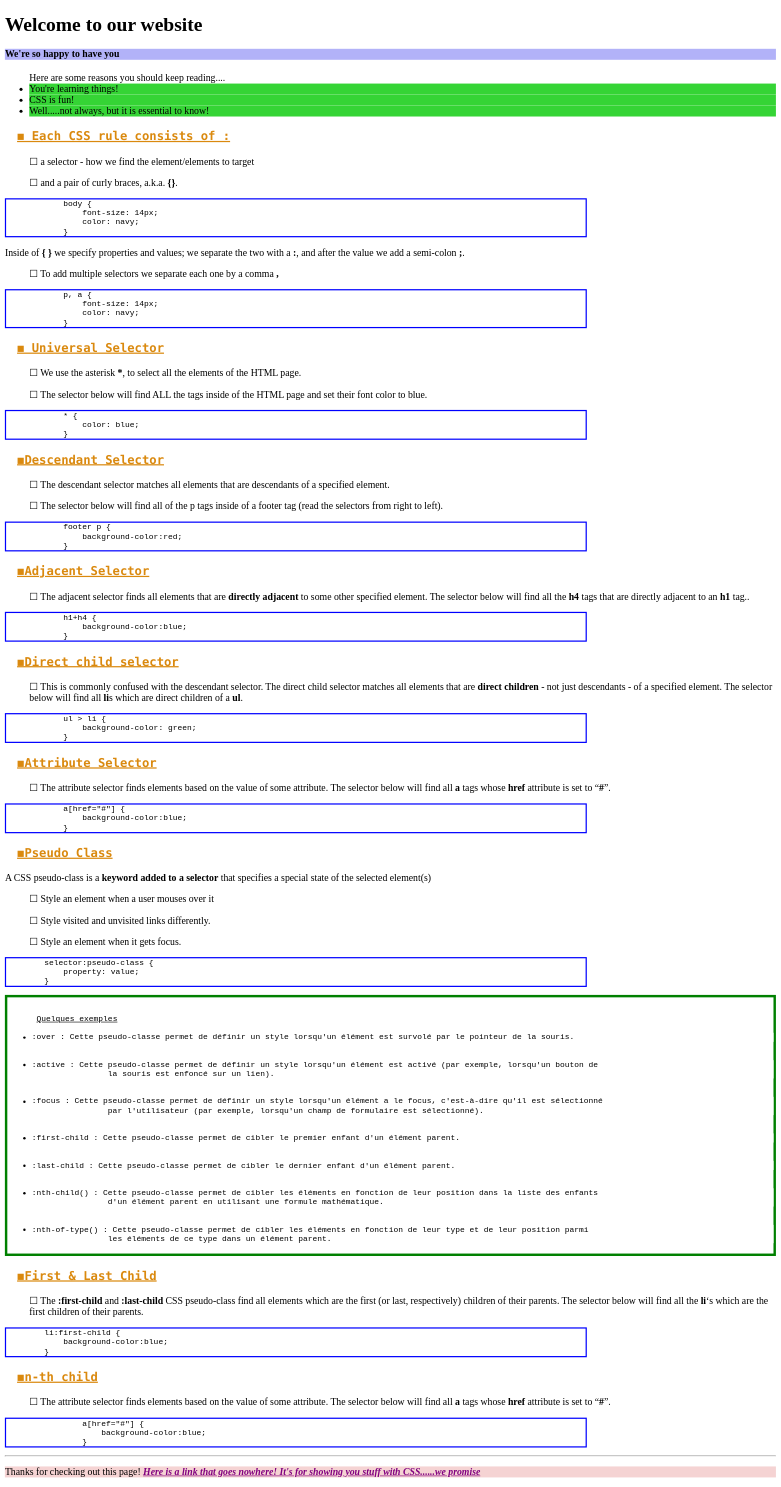
Repository: AnnaSpirit/Tests__
Page: CSS/Useful_Selectors.html
These files come from the project's save history. The page is drawn as it stood at one moment and after the next save; the edit follows.
The browser window is 1280 px wide. The pictures show the whole page, at 61% of full size.

Above is the page before, as saved 2024-04-01 18:18:25.

### CSS/Useful_Selectors.html
<!DOCTYPE html>
<html lang="en">
<head>
    <meta charset="UTF-8">
    <meta name="viewport" content="width=device-width, initial-scale=1.0">
    <title>Useful Selectors</title>
    <link rel="stylesheet" href="style_Selectors.css">
</head>
<body>
    <header>
        <h1>Welcome to our website</h1>
        <h4>We're so happy to have you</h4>
    </header>
    <section>
        <ul> Here are some reasons you should keep reading....
            <li>You're learning things!</li>
            <li>CSS is fun!</li>
            <li>Well.....not always, but it is essential to know!</li>
        </ul>
    </section>
    <section>
        <h3 style="padding-left: 20px;"> &#9724; Each CSS rule consists of :</h3>
            <p style="padding-left: 40px;"> &#9744; a selector - how we find the element/elements to target</p>
            <p style="padding-left: 40px;"> &#9744; and a pair of curly braces, a.k.a. <b>{}</b>.</p>
    <span >
        <pre style="border: 2px solid blue; margin-right: 310px">
            body {
                font-size: 14px;
                color: navy;
            }</pre></span>
    <p>Inside of <b>{ }</b> we specify properties and values; we separate the two with a <b>:</b>, and after the value we add a semi-colon <b>;</b>.</p>
            <p style="padding-left: 40px;"> &#9744; To add multiple selectors we separate each one by a comma <b>,</b></p>
    <span>
        <pre style="border: 2px solid blue; margin-right: 310px">
            p, a {
                font-size: 14px;
                color: navy;
            }</pre>
        </span>
        <h3 style="padding-left: 20px;"> &#9724; Universal Selector</h3>
        <p style="padding-left: 40px;">&#9744; We use the asterisk <b>*</b>, to select all the elements of the HTML page.</p>
        <p style="padding-left: 40px;">&#9744; The selector below will find ALL the tags inside of the HTML page and set their font color to blue.</p>
    <span>
        <pre style="border: 2px solid blue; margin-right: 310px">
            * {
                color: blue;
            }</pre>
    </span>
    <h3 style="padding-left: 20px;"> &#9724;Descendant Selector</h3>
    <p style="padding-left: 40px;">&#9744; The descendant selector matches all elements that are descendants of a specified element.</p>
    <p style="padding-left: 40px;">&#9744; The selector below will find all of the p tags inside of a footer tag (read the selectors from right to left).</p>
    <span>
        <pre style="border: 2px solid blue; margin-right: 310px">
            footer p {
                background-color:red;
            }</pre>
    </span>
    <h3 style="padding-left: 20px;"> &#9724;Adjacent Selector</h3>
    <p style="padding-left: 40px;">&#9744; The adjacent selector finds all elements that are <b>directly adjacent</b> to some other specified element. The selector below
    will find all the <b>h4</b> tags that are directly adjacent to an <b>h1</b> tag..</p>
    <span>
        <pre style="border: 2px solid blue; margin-right: 310px">
            h1+h4 {
                background-color:blue;
            }</pre>
    </span>
    <h3 style="padding-left: 20px;"> &#9724;Direct child selector</h3>
    <p style="padding-left: 40px;">&#9744; This is commonly confused with the descendant selector. The direct child selector matches all elements that are <b>direct
    children</b> - not just descendants - of a specified element. The selector below will find all <b>li</b>s which are direct children
    of a <b>ul</b>.</p>
    <span>
        <pre style="border: 2px solid blue; margin-right: 310px">
            ul > li {
                background-color: green;
            }</pre>
    </span>
    <h3 style="padding-left: 20px;"> &#9724;Attribute Selector</h3>
    <p style="padding-left: 40px;">&#9744; The attribute selector finds elements based on the value of some attribute. The selector below will find all <b>a</b> tags
    whose <b>href</b> attribute is set to “<b>#</b>”.</p>
    <span>
        <pre style="border: 2px solid blue; margin-right: 310px">
            a[href="#"] {
                background-color:blue;
            }</pre>
    </span>
    <h3 style="padding-left: 20px;"> &#9724;Pseudo Class</h3>
    <p>A CSS pseudo-class is a <b> keyword added to a selector</b> that specifies a special state of the selected element(s)</p>
    <p style="padding-left: 40px;">&#9744; Style an element when a user mouses over it</p>
    <p style="padding-left: 40px;">&#9744; Style visited and unvisited links differently.</p>
    <p style="padding-left: 40px;">&#9744; Style an element when it gets focus.</p>
    <span>
        <pre style="border: 2px solid blue; margin-right: 310px">
        selector:pseudo-class {
            property: value;
        }</pre>
    </span>
    <span>
        <pre style="border: 4px solid green; height: 420px";>
            <ul> <u>Quelques exemples</u>
                <li>:over : Cette pseudo-classe permet de définir un style lorsqu'un élément est survolé par le pointeur de la souris.</li>
                <li>:active : Cette pseudo-classe permet de définir un style lorsqu'un élément est activé (par exemple, lorsqu'un bouton de
                la souris est enfoncé sur un lien).</li>
                <li>:focus : Cette pseudo-classe permet de définir un style lorsqu'un élément a le focus, c'est-à-dire qu'il est sélectionné
                par l'utilisateur (par exemple, lorsqu'un champ de formulaire est sélectionné).</li>
                <li>:first-child : Cette pseudo-classe permet de cibler le premier enfant d'un élément parent.</li>
                <li>:last-child : Cette pseudo-classe permet de cibler le dernier enfant d'un élément parent.</li>
                <li>:nth-child() : Cette pseudo-classe permet de cibler les éléments en fonction de leur position dans la liste des enfants
                d'un élément parent en utilisant une formule mathématique.</li>
                <li>:nth-of-type() : Cette pseudo-classe permet de cibler les éléments en fonction de leur type et de leur position parmi
                les éléments de ce type dans un élément parent.</li>
            </ul>
        </pre>
    </span>

    <h3 style="padding-left: 20px;"> &#9724;First & Last Child</h3>
    <p style="padding-left: 40px;">&#9744; The <b>:first-child</b> and <b>:last-child</b> CSS pseudo-class find all elements which are the first (or last, respectively) children
    of their parents. The selector below will find all the <b>li</b>‘s which are the first children of their parents.</p>
    <span>
        <pre style="border: 2px solid blue; margin-right: 310px">
        li:first-child {
            background-color:blue;
        }</pre>
    </span>

    <h3 style="padding-left: 20px;"> &#9724;n-th child</h3>
    <p style="padding-left: 40px;">&#9744; The attribute selector finds elements based on the value of some attribute. The
        selector below will find all <b>a</b> tags
        whose <b>href</b> attribute is set to “<b>#</b>”.</p>
    <span>
        <pre style="border: 2px solid blue; margin-right: 310px">
                a[href="#"] {
                    background-color:blue;
                }</pre>
    </span>
    </section>
    <hr>
    <footer>

        <p>
            Thanks for checking out this page!
            <a href="#">Here is a link that goes nowhere! It's for showing you stuff with CSS......we promise</a>
        </p>
    </footer>
</body>
</html>

### CSS/style_Selectors.css
/* Universal Selector */
/* * {
    color: brown;
} */
ul>li {
    background-color: rgb(53, 212, 53);
}

h3{
    color: rgb(218, 137, 14);
    font-family: "Lucida Console", Monaco, monospace;
    font-size: 20px;
    color: #DA890E;
    text-decoration: underline rgb(218, 137, 14);
}
h1+h4 {
    background-color: rgb(178, 178, 248);
}
a[href="#"] {
    color: purple;
    font-weight: bold;
    font-style: italic;
}

footer p {
    background-color: rgb(245, 211, 211);
}
pre>ul>li {
    background-color: white;
}

After the next save:
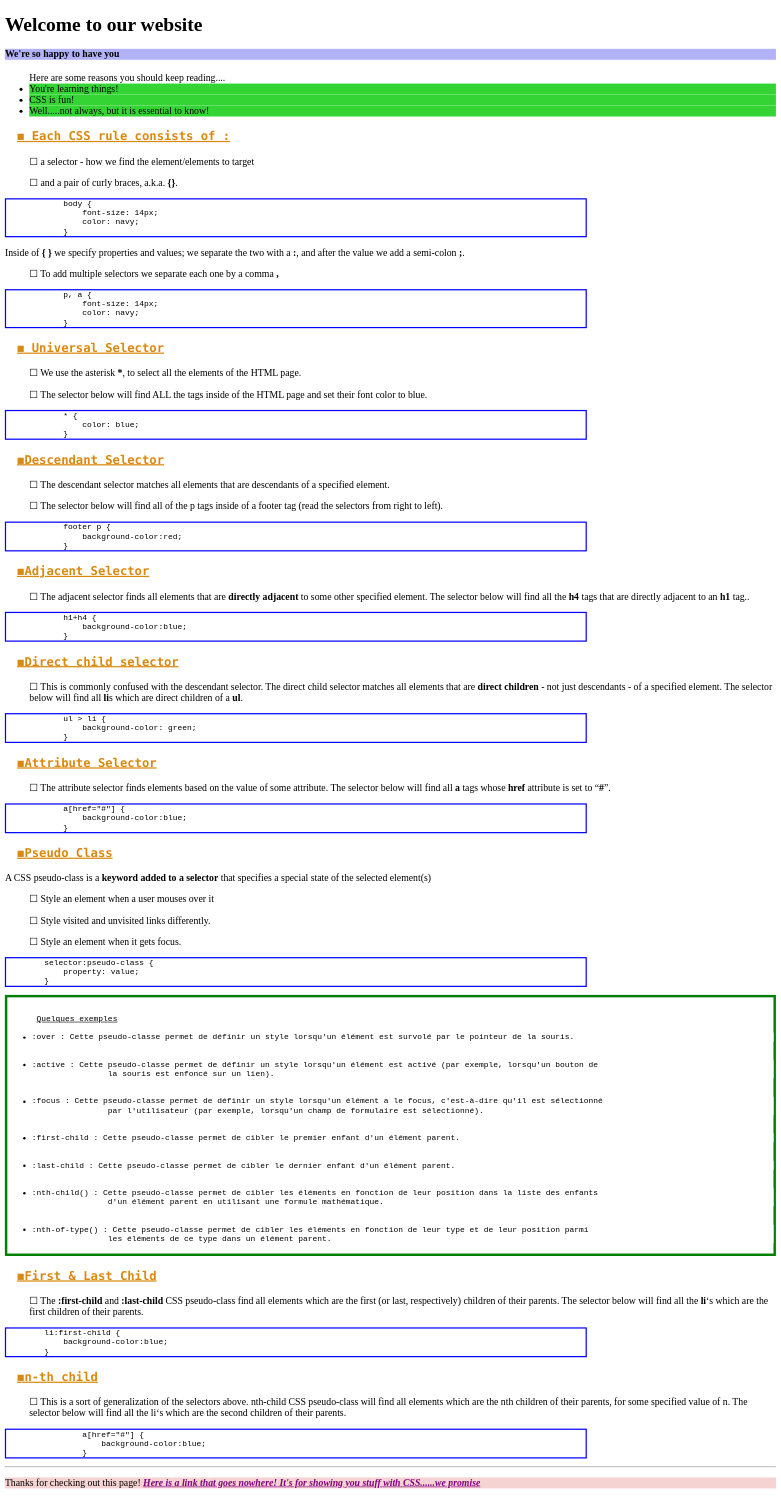
Saved 15 s later.
--- a/CSS/Useful_Selectors.html
+++ b/CSS/Useful_Selectors.html
@@ -123,9 +123,9 @@
     </span>
 
     <h3 style="padding-left: 20px;"> &#9724;n-th child</h3>
-    <p style="padding-left: 40px;">&#9744; The attribute selector finds elements based on the value of some attribute. The
-        selector below will find all <b>a</b> tags
-        whose <b>href</b> attribute is set to “<b>#</b>”.</p>
+    <p style="padding-left: 40px;">&#9744; This is a sort of generalization of the selectors above. nth-child CSS pseudo-class will find all elements which are the
+    nth children of their parents, for some specified value of n. The selector below will find all the li‘s which are the
+    second children of their parents.</p>
     <span>
         <pre style="border: 2px solid blue; margin-right: 310px">
                 a[href="#"] {
